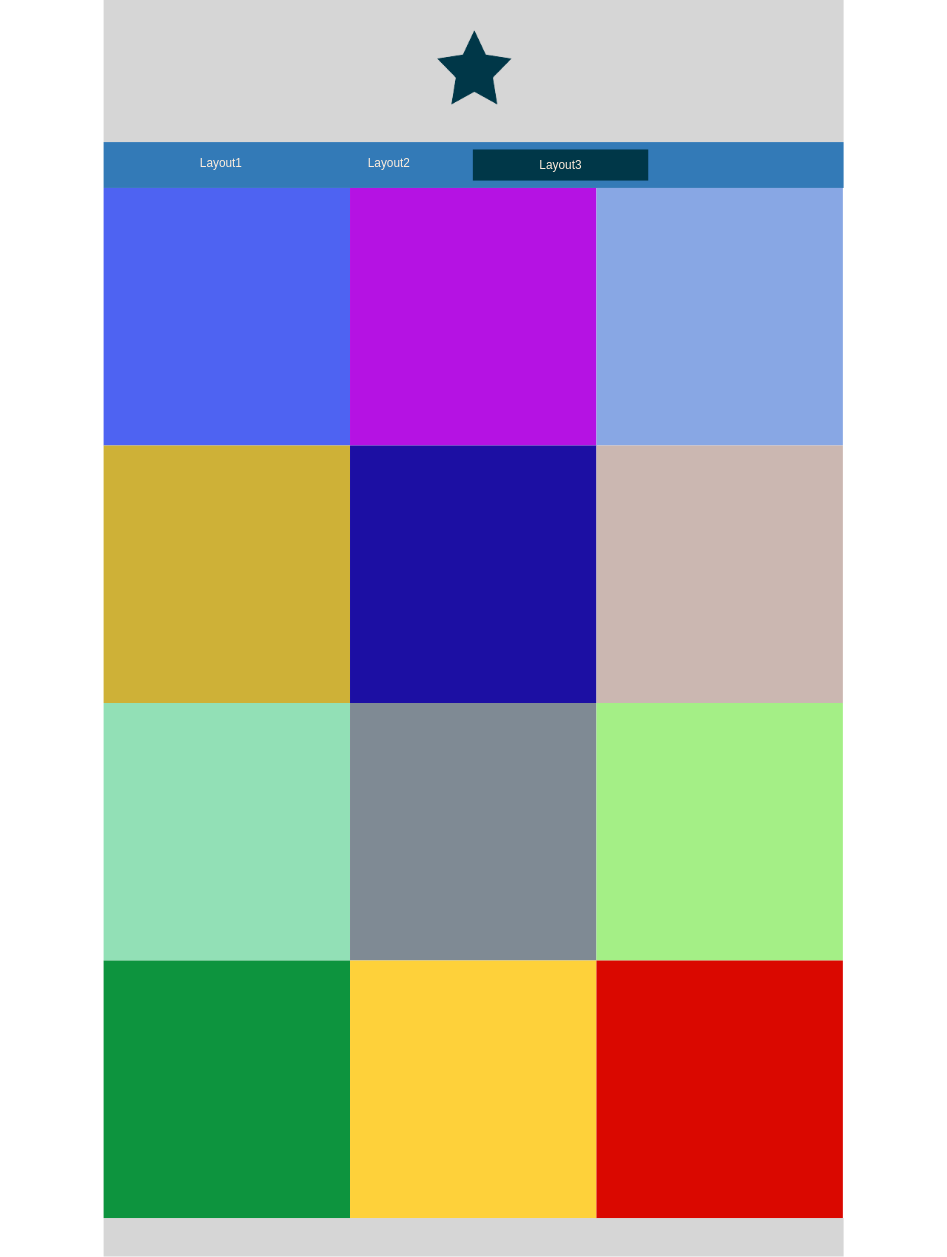
Repository: baliayassin/MyGame
Page: Documents/Aptana Studio 3 Workspace/homeWork2/layOut3.html
These files come from the project's save history. The page is drawn as it stood at one moment and after the next save; the edit follows.
The browser window is 1280 px wide. The pictures show the whole page, at 74% of full size.

Above is the page before, as saved 2017-12-13 14:58:36.

### Documents/Aptana Studio 3 Workspace/homeWork2/layOut3.html
<!DOCTYPE html >
<html>



	<head>

		<title> HomeWork2</title>
		<link rel="stylesheet" href="includes/style.css" />

		<meta charset="utf-8" />
	</head>

	<body id="wrapper3">

		<header>
	       <a href="layOut3.html"> </a>
        </header>


<main>
   <nav>
				<ul>
					<li> <a href="index.html">Layout1 </a> </li>
					<li> <a href="layOut2.html">Layout2 </a></li>
					<li><span> <a href="layOut3">Layout3 </a> </span></li>

				</ul>


			</nav>
			<article id="boxes">

				 </article>


		</main>



		<script src="includes/main.js"></script>
	<div class="clear"></div>
<footer>
	</footer>
	</body>




</html>

### Documents/Aptana Studio 3 Workspace/homeWork2/includes/style.css
*{
	margin:0px;
	padding: 0px;
}

main, nav, aside, footer, section, article, header {
	display:  block;

}

#wrapper {
	margin: 0px auto;
	width: 1000px;
}
#wrapper header{

	height:192px;
	background: #d6d6d6;

}

#wrapper header a{

	width:102px;
	height:102px;
	background-image:url("../images/star.png");
	position:relative;
	display:block;
	margin:0px auto;
	top: 40px;
    background-repeat: no-repeat;


}


#wrapper nav {

	height: 62px;
	background: #337AB7;

}

#wrapper nav ul{

	list-style-type: none;
	text-decoration: none;
	margin-left: 45px;

}

#wrapper nav ul li{

	float:left;

}

#wrapper nav a{

	display: inline-block;
	text-decoration: none;
	color: #ffeedd;
	font-family: Arial;



}

#wrapper nav span a{

	background:#003748;
	margin:10px auto;
	padding:12px 90px;


}
#wrapper nav li > a{

	margin:20px 85px;

}
#wrapper section{
	direction:rtl;
	display: inline-block;
	margin-top: 100px;
	vertical-align: top;


}
#wrapper section article{

	display:block;
	background: #62C462;
	margin-right: 25px;
	margin-left: 32px;
	margin-top: 30px;
}

#wrapper section article:first-child{

	height:121px;
	width:699px;


}
#wrapper section article:nth-child(2){

	height: 200px;
	width: 699px;


}
#wrapper section article:nth-child(3){

	height: 125px;
	width: 186px;


}

#wrapper aside{

	background: #EEEEEE;
	height: 697px;
	width: 240px;
	display: inline-block;

}

#wrapper aside article{

	background: #62C462;
	width:185px;
	height:126px;
	position: relative;
	margin-top: 264px;
	margin-left: 45px;


}

#wrapper footer{

	height:52px;
	background: #D6D6D6;
	margin-top:-4px;

}






/*********************************************************/



#wrapper2 {
	margin: 0px auto;
	width: 1000px;
}
#wrapper2 header{

	height:192px;
	background: #d6d6d6;

}

#wrapper2 header a{

	width:102px;
	height:102px;
	background-image:url("../images/star.png");
	position:relative;
	display:block;
	margin:0px auto;
    top: 40px;
    background-repeat: no-repeat;


}


#wrapper2 nav {

	width:146px;
	height: 759px;
	background: #337AB7;
    float:left;
    display: inline-block;
}




#wrapper2 nav ul {
	list-style-type: none;
}

#wrapper2 nav a{
	display: inline-block;
	text-decoration: none;
	color: #ffeedd;
	font-family: "Arial";
}

#wrapper2 nav li > a{
	margin-top: 6px;
	margin-bottom: 22px;
	margin-left: 6px;
}

#wrapper2 nav span a{
	background-color: #003748;
	padding-top: 18px;
	margin-bottom: 18px;
	padding-bottom: 18px;
	padding-left: 6px;
	width: 140px;
}


#wrapper2 aside{

	float:left;
	background-color: #eeeeee;
	width: 223px;
	height: 759px;
}

#wrapper2 aside article{

	background: #62C462;
	width:77px;
	height:66px;
	position: relative;
	margin-top: 261px;
	margin-left: 11px;


}


#wrapper2 section{

	display: inline-block;
	margin-top: 23px;



}

#wrapper2 section article:first-child{

	background:#62C462;
	margin-left:5px;
	height:508px;
	width:190px;
	float: left;


}

#wrapper2 section article:nth-child(2){

	background:#62C462;
	margin-left:30px;
	height:323px;
	width:190px;
	float:left;

}

#wrapper2 section article:nth-child(3){

	background:#62C462;
	margin-left:30px;
	height:123px;
	width:183px;
	float:left;

}


#wrapper2 section article p{

	background:#62C462;
	margin-left:220px;
	height:400px;
	width:190px;
	margin-top:345px;
	float:left
}


#wrapper2 footer{
	height: 52px;
	width: 1000px;
	position: fixed;
	bottom: 0px;
	background-color: #d6d6d6;
}

/*******************************************************/
#boxes{
	width:1000px;
	display: inline-block;

}


#wrapper3 {
	margin: 0px auto;
	width: 1000px;
}
#wrapper3 header{

	height:192px;
	background: #d6d6d6;

}

#wrapper3 header a{

	width:102px;
	height:102px;
	background-image:url("../images/star.png");
	position:relative;
	display:block;
	margin:0px auto;
	top: 40px;
    background-repeat: no-repeat;


}


#wrapper3 nav {

	height: 62px;
	background: #337AB7;

}

#wrapper3 nav ul{

	list-style-type: none;
	text-decoration: none;
	margin-left: 45px;

}

#wrapper3 nav ul li{

	float:left;

}

#wrapper3 nav a{

	display: inline-block;
	text-decoration: none;
	color: #ffeedd;
	font-family: Arial;



}

#wrapper3 nav span a{

	background:#003748;
	margin:10px auto;
	padding:12px 90px;


}
#wrapper3 nav li > a{

	margin:20px 85px;

}



.square{


	width: 333px;
	height:348px;
	float:left;

}

.star{

	background: url("images/white_star.png");

}

#wrapper3 article img{

	margin-left: 100px;
	margin-top: 100px;
}

#wrapper3 footer{

	height:52px;
	background: #D6D6D6;
	margin-top:-4px;

}

.clear{

	clear: both;
}

### Documents/Aptana Studio 3 Workspace/homeWork2/includes/main.js
//var articleObjects=[13];
var mainPTR = document.getElementById('boxes');
/*
function createStar(){
	var star=document.createElement("img");
	    star.style.backgroundImage="url(images/white_star.png)";

	     star.addEventListener("click",function (){
	     	 if (this.style.opacity == "0"){
	     	       this.style.opacity = "1";
              }
            else
                 this.style.opacity = "0";
           });

  return star;

}*/

/*
function changeStatus(){
	console.log("balia");
  if (this.style.opacity == "0"){
      this.style.opacity = "1";

     }
  else
      this.style.opacity = "0";

}
*/

//main function
(function () {

    for(var i = 0; i < 12; ++i){
        var article=document.createElement("article");
        article.className="square";
        article.style.background='#'+(0x1000000+(Math.random())*0xffffff).toString(16).substr(1,6);

        var star=document.createElement("img");
	    star.style.backgroundImage="url(images/white_star.png)";

	     star.addEventListener("click",(function (){
	     	console.log("balia");
	     	 if (this.style.opacity == "0"){
	     	       this.style.opacity = "1";
              }
            else
                 this.style.opacity = "0";
           }));


      // var whiteStar = createStar();
       article.appendChild(star);
       mainPTR.appendChild(article);

    }






})();

After the next save:
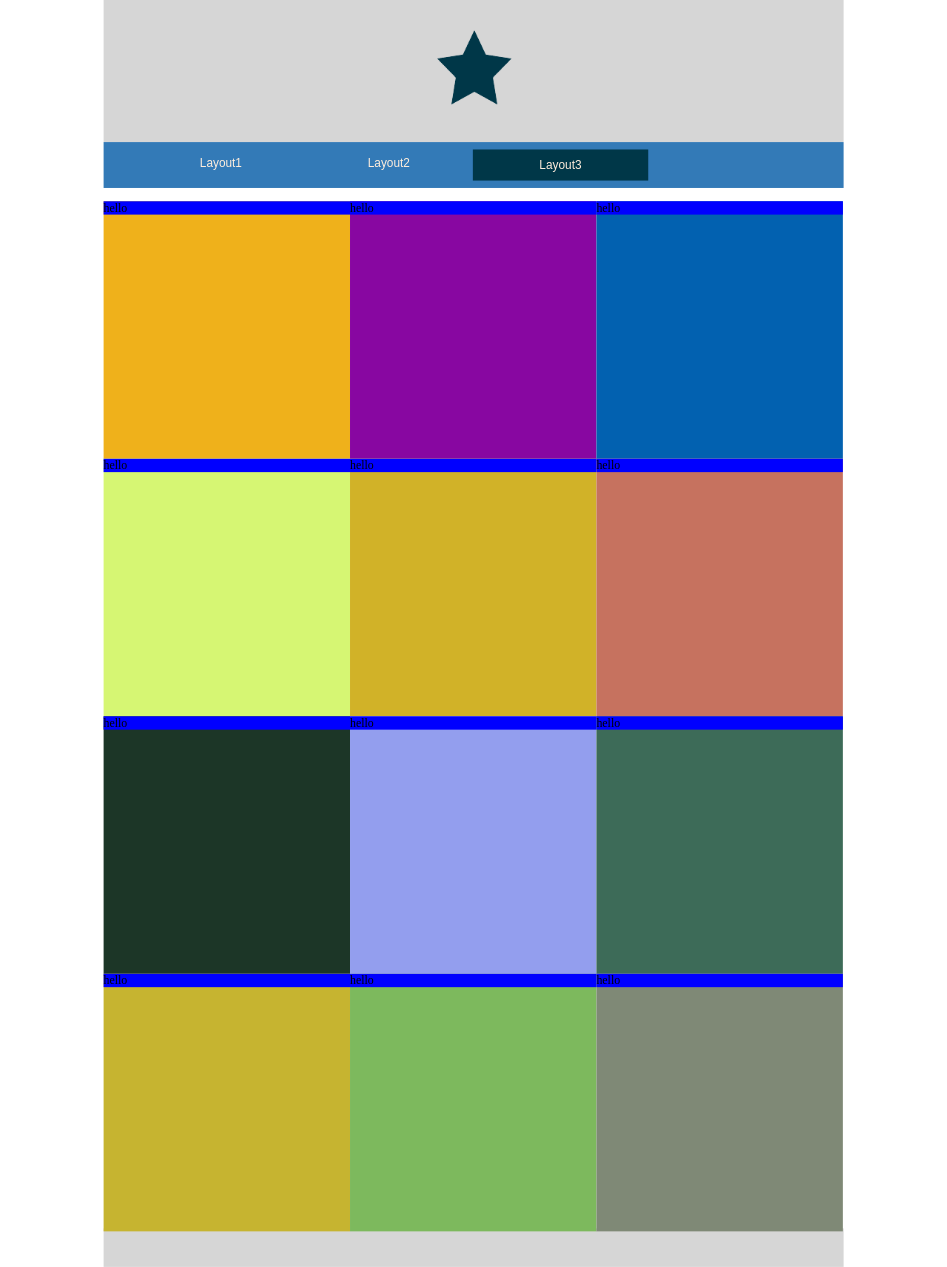
Saved 3 h 22 min later.
--- a/Documents/Aptana Studio 3 Workspace/homeWork2/includes/main.js
+++ b/Documents/Aptana Studio 3 Workspace/homeWork2/includes/main.js
@@ -1,5 +1,5 @@
 //var articleObjects=[13];
-var mainPTR = document.getElementById('boxes');
+//var mainPTR = document.getElementById('boxes');
 /*
 function createStar(){
 	var star=document.createElement("img");
@@ -29,37 +29,62 @@ function changeStatus(){
 
 }
 */
-
-//main function
-(function () {
-
-    for(var i = 0; i < 12; ++i){
-        var article=document.createElement("article");
-        article.className="square";
-        article.style.background='#'+(0x1000000+(Math.random())*0xffffff).toString(16).substr(1,6);
-
-        var star=document.createElement("img");
-	    star.style.backgroundImage="url(images/white_star.png)";
-
-	     star.addEventListener("click",(function (){
-	     	console.log("balia");
-	     	 if (this.style.opacity == "0"){
-	     	       this.style.opacity = "1";
-              }
-            else
-                 this.style.opacity = "0";
-           }));
-
-
-      // var whiteStar = createStar();
-       article.appendChild(star);
-       mainPTR.appendChild(article);
-
-    }
+var mainPTR = document.getElementsByTagName('main');
 
 
 
+//main function
+
+// (function () {
+
+var para = document.createElement("P");
+
+document.body.appendChild(para);
+
+for (var i = 0; i < 12; ++i) {
+
+var article = document.createElement("article");
+
+article.className = "square";
+
+article.style.background = '#' + (0x1000000 + (Math.random()) * 0xffffff).toString(16).substr(1, 6);
 
 
+var star = document.createElement("P");
 
-})();
+star.innerText = 'hello'
+
+// star.style.backgroundImage = "url(images/white_star.png)";
+
+star.style.background = "blue";
+
+// console.log('hello')
+
+star.addEventListener("click", function () {
+
+console.log("balia");
+
+if (this.style.opacity == "0") {
+
+this.style.opacity = "1";
+
+} else
+
+this.style.opacity = "0";
+
+});
+
+
+// var whiteStar = createStar();
+
+article.appendChild(star);
+
+console.log(article)
+
+
+mainPTR[0].appendChild(article);
+
+
+}
+
+// })();
